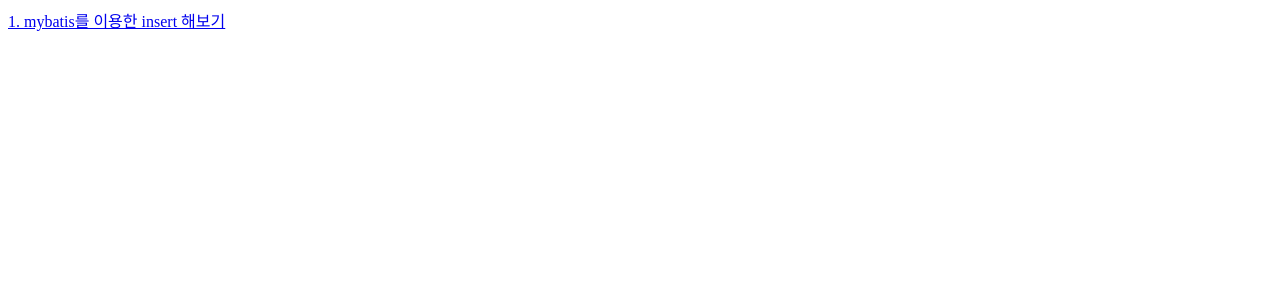
Repository: choo93/webworkspace3
Page: webworkspace3/mybatis01/WebContent/index.html
These files come from the project's save history. The page is drawn as it stood at one moment and after the next save; the edit follows.
The browser window is 1280 px wide. The pictures show the whole page.

Above is the page before, as saved 2018-06-26 07:16:41.

### webworkspace3/mybatis01/WebContent/index.html
<!DOCTYPE html>
<html>
<head>
<meta charset="UTF-8">
<title>Insert title here</title>
</head>
<body>
<a href="/mybatisTest1">1. mybatis를 이용한 insert 해보기</a><br>
</body>
</html>

After the next save:
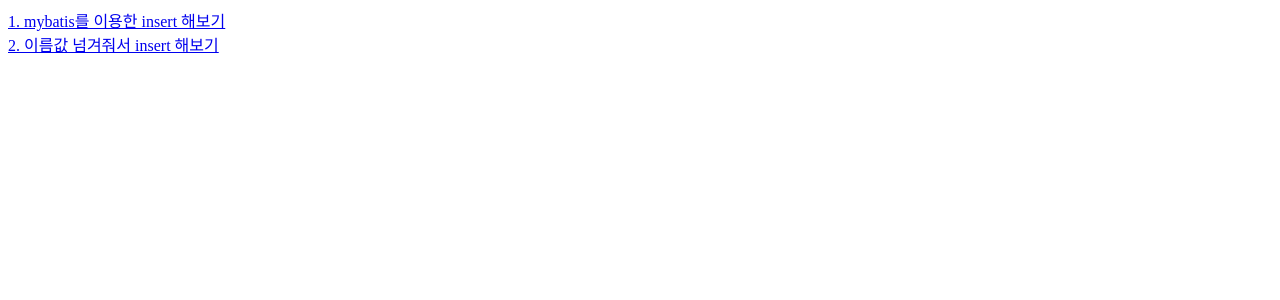
Saved 19 min 14 s later.
--- a/webworkspace3/mybatis01/WebContent/index.html
+++ b/webworkspace3/mybatis01/WebContent/index.html
@@ -6,5 +6,6 @@
 </head>
 <body>
 <a href="/mybatisTest1">1. mybatis를 이용한 insert 해보기</a><br>
+<a href="/mybatisTest2">2. 이름값 넘겨줘서 insert 해보기</a>
 </body>
 </html>
